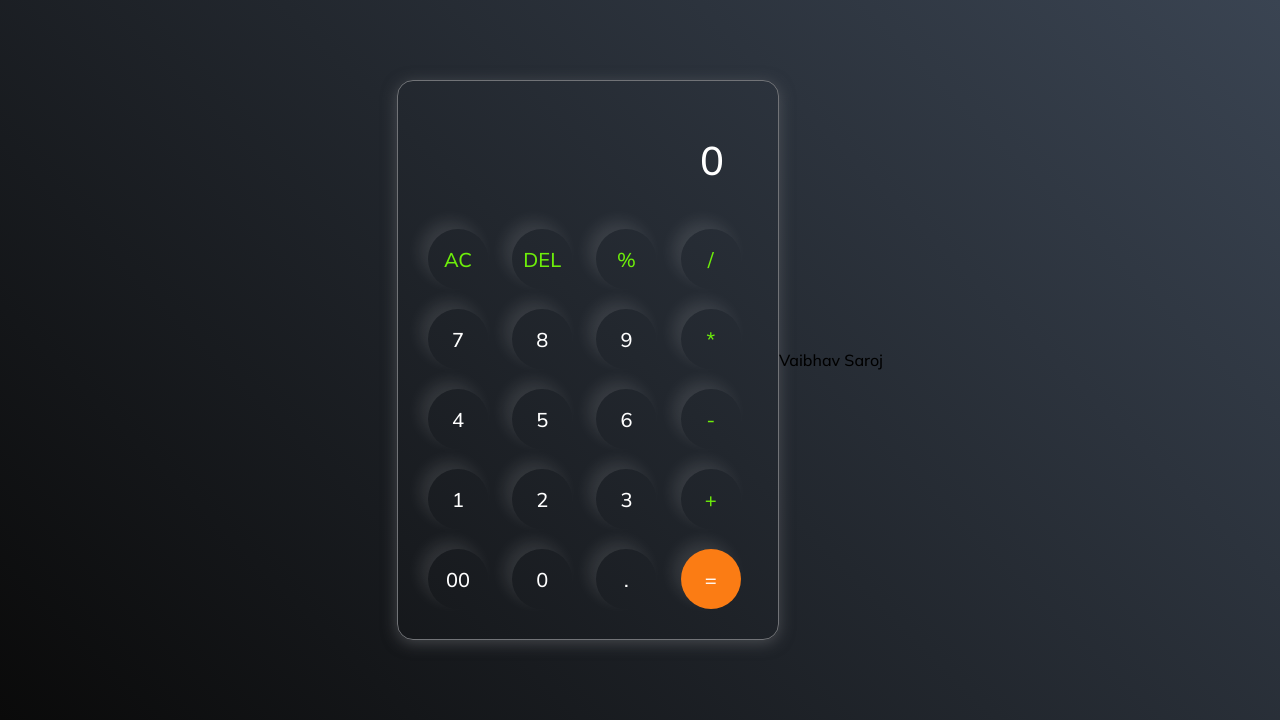
Repository: vaibhav1281/Calculator
Page: index.html
An editor plug-in stored every save of this project. The page is shown before and after a run of saves, followed by the edit.
The browser window is 1280 px wide. The pictures show the whole page.

Above is the page before, as saved 2023-05-06 20:39:41.

After the next 5 saves:
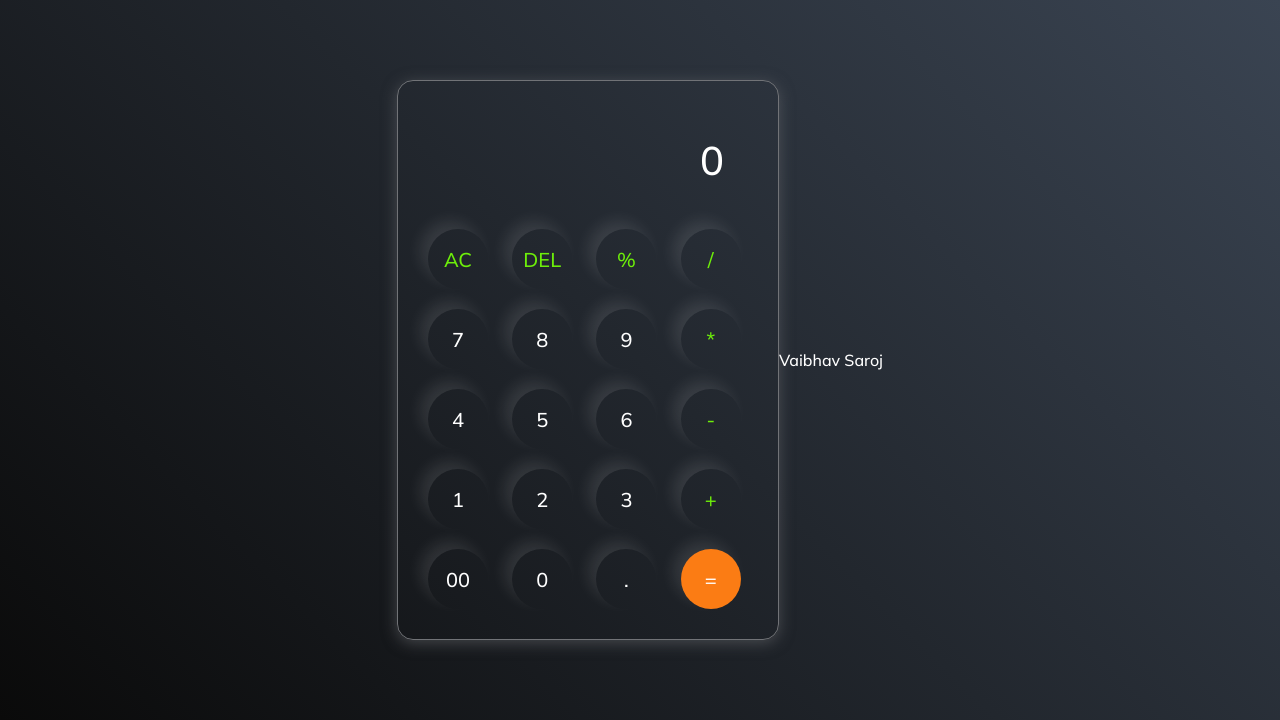
The 5 saves are shown as one change because they came seconds apart.
The last was saved 17 s later.
--- a/styles.css
+++ b/styles.css
@@ -56,5 +56,6 @@ button{
     color: #6dee0a;
 }
 .name{
-
+    color: white;
+    font-family: ;
 }
